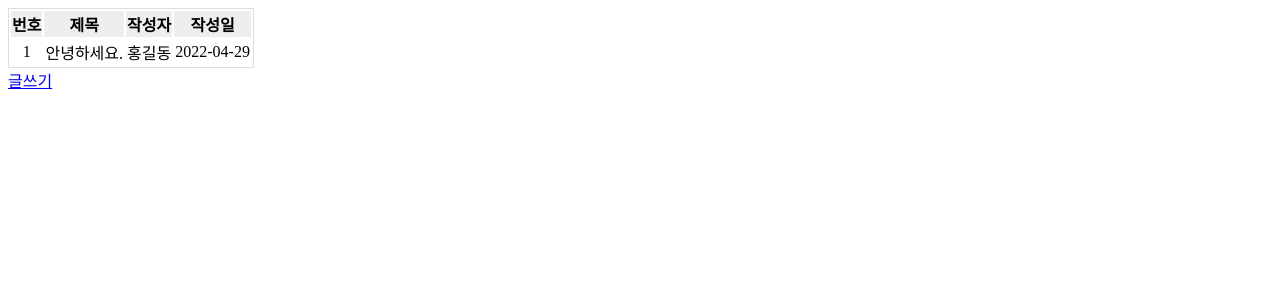
Repository: BukJuck/OnlineShop_JSP
Page: http://localhost/ShopMiniMall_19_자유게시판/forum.jsp
An editor plug-in stored every save of this project. The page is shown before and after the next save, followed by the edit.
The browser window is 1280 px wide. The pictures show the whole page.
The page is served by Tomcat 9. Other server files are loaded and not shown.

Above is the page before, as saved 2022-04-29 07:07:40.

### ShopMiniMall_19_자유게시판/WebContent/forum.jsp
<%@ page language="java" contentType="text/html; charset=UTF-8"
    pageEncoding="UTF-8"%>
<!DOCTYPE html>
<html>
<head>
<meta http-equiv="Content-Type" content="text/html; charset=UTF-8">
<meta name="viewport" content="width=device-width", initial-scale="1">
<title>Insert title here</title>
</head>
<body>
<div class="container">
	<div class="row">
		<table class="table table-stripped" style="text-align: center; border: 1px solid #dddddd">
			<thead>
				<tr>
					<th style="background-color: #eeeeee; text-align: center;">번호</th>
					<th style="background-color: #eeeeee; text-align: center;">제목</th>
					<th style="background-color: #eeeeee; text-align: center;">작성자</th>
					<th style="background-color: #eeeeee; text-align: center;">작성일</th>
				</tr>
			</thead>
			<tbody>
				<tr>
					<td>1</td>
					<td>안녕하세요.</td>
					<td>홍길동</td>
					<td>2022-04-29</td>

				</tr>
			</tbody>
		</table>
		<a href="write.jsp" class="btn btn-primary pull-right">글쓰기</a>
	</div>
</div>
</body>
</html>

Loaded but not shown: ShopMiniMall_19_자유게시판/WebContent/css/bootstrap.css (library)

After the next save:
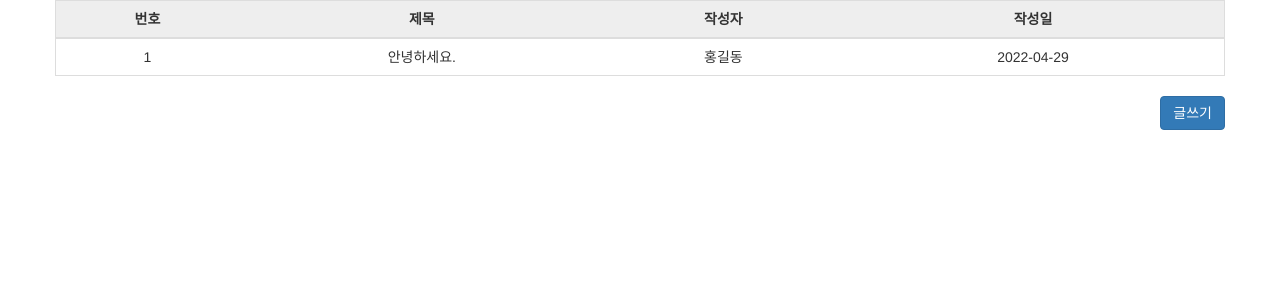
Saved 33 s later.
--- a/ShopMiniMall_19_자유게시판/WebContent/forum.jsp
+++ b/ShopMiniMall_19_자유게시판/WebContent/forum.jsp
@@ -5,6 +5,7 @@
 <head>
 <meta http-equiv="Content-Type" content="text/html; charset=UTF-8">
 <meta name="viewport" content="width=device-width", initial-scale="1">
+<link rel="stylesheet" href="css/bootstrap.css">
 <title>Insert title here</title>
 </head>
 <body>
